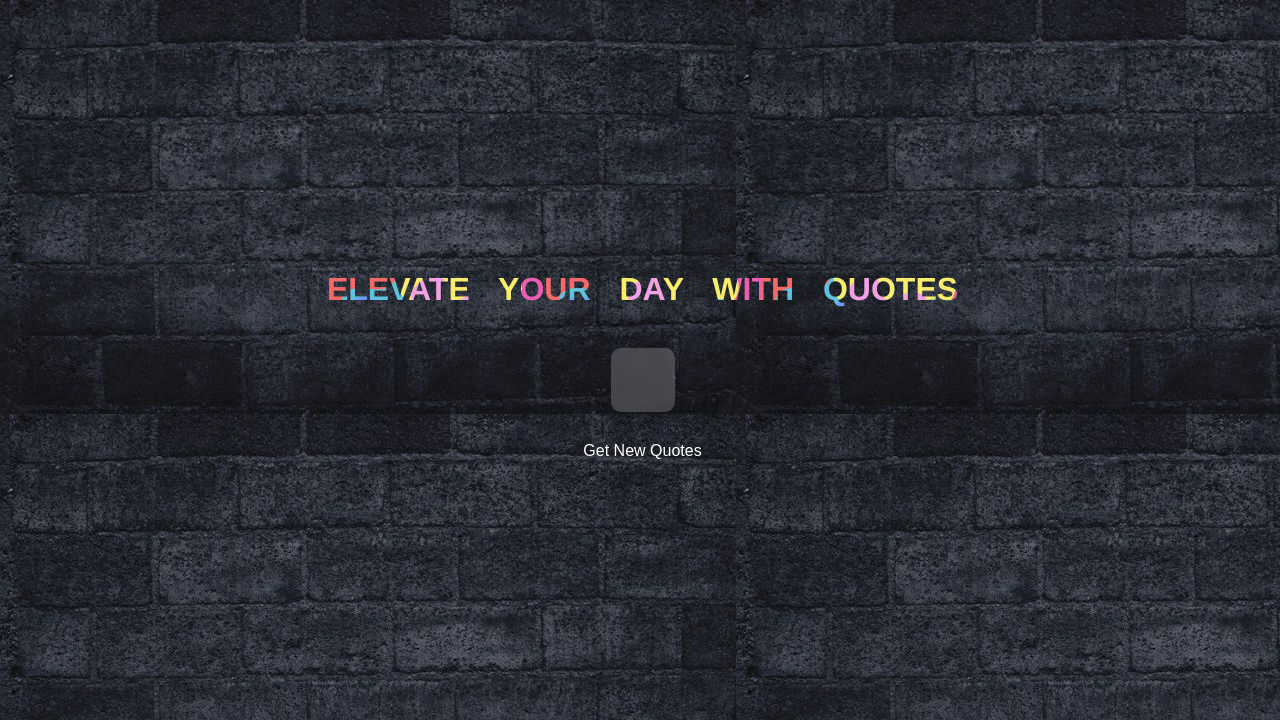
Repository: Bhavik-Sanghar/Quote-app
Page: /
These files come from the project's save history. The page is drawn as it stood at one moment and after the next save; the edit follows.
The browser window is 1280 px wide. The pictures show the whole page.
The page's requests for data from a server got no answer. The project was rebuilt for these pictures with package versions that can differ from the ones it lists, and the page was loaded fresh each time. No one was signed in, and anything a server would have sent is missing. Also part of the build but not shown: src/styles.css.

Above is the page before, as saved 2023-08-18 16:59:56.

After the next save:
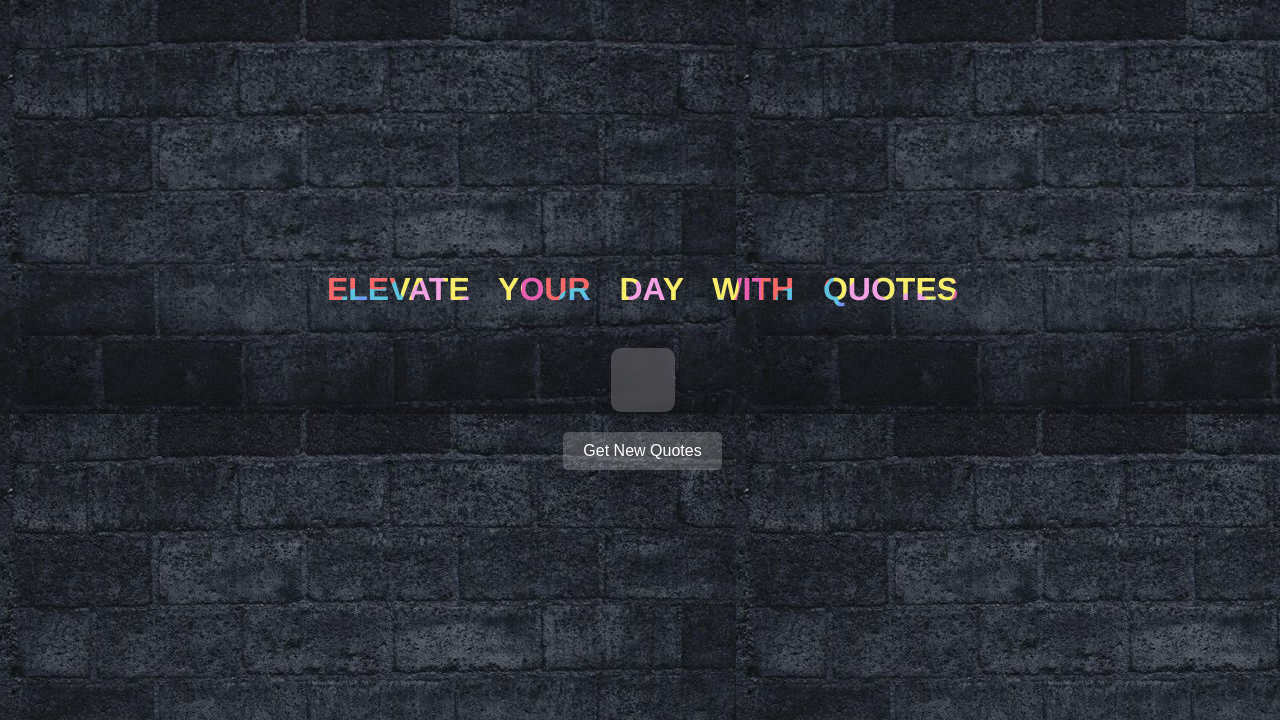
Saved 5 s later.
--- a/src/components/New.css
+++ b/src/components/New.css
@@ -51,7 +51,6 @@
 
 .fetch-button {
   background-color: hsla(0, 0%, 100%, 0.2);
-  background-color: transparent;
   border: none;
   color: white;
   cursor: pointer;
